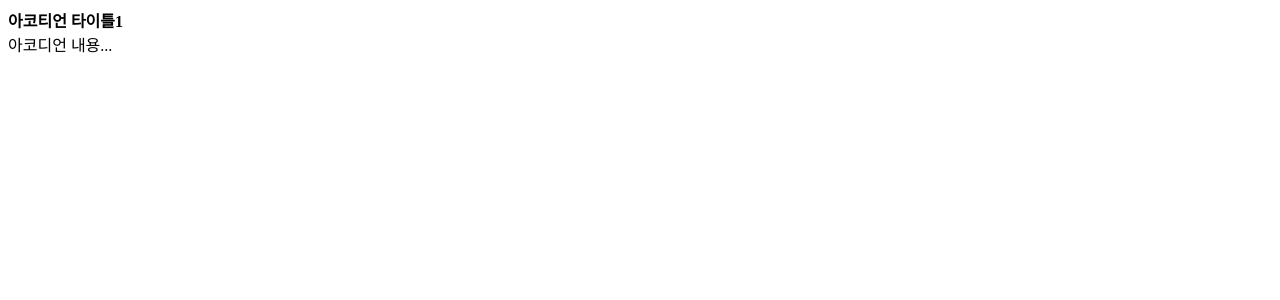
Repository: greeda/UIComponents
Page: src/html/Components/Accordion.html
An editor plug-in stored every save of this project. The page is shown before and after the next save, followed by the edit.
The browser window is 1280 px wide. The pictures show the whole page.

Above is the page before, as saved 2023-10-16 03:42:50.

After the next save:
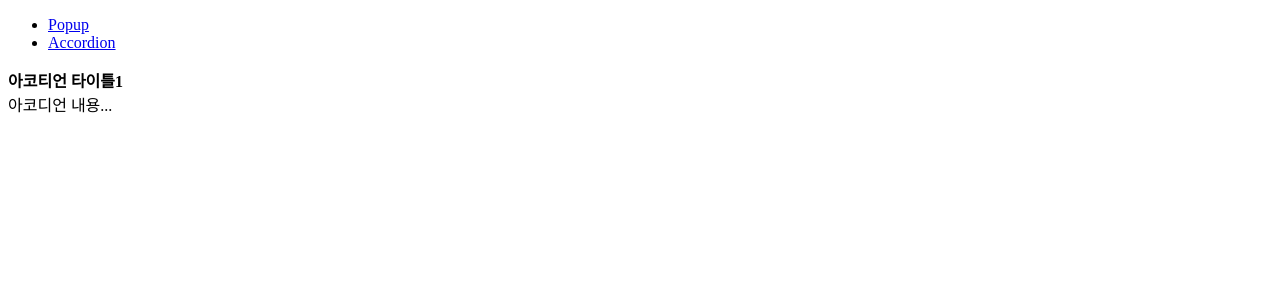
Saved 8 s later.
--- a/src/html/Components/Accordion.html
+++ b/src/html/Components/Accordion.html
@@ -1,20 +1,39 @@
 <!DOCTYPE html>
-<html lang="en">
+<html lang="ko">
 <head>
   <meta charset="UTF-8">
   <meta name="viewport" content="width=device-width, initial-scale=1.0">
-  <title>Prototype | Accordion</title>
+  <title>Document</title>
 </head>
 <body>
-  <div class="ui-components">
-    <div class="ui-accordion">
-      <div class="accordion-header-info">
-        <strong class="title">아코티언 타이틀1</strong>
-        <i class="ico-arr" aria-hidden="true"></i>
-      </div>
-      <div class="accordion-contents-info">
-        <div class="accordion-contents-inner">
-          아코디언 내용...
+  <div id="wrap">
+    <div id="container">
+      <header id="header">
+
+      </header>
+      <nav class="nav">
+        <ul class="nav-list">
+          <li>
+            <a href="#">Popup</a>
+          </li>
+          <li>
+            <a href="#">Accordion</a>
+          </li>
+        </ul>
+      </nav>
+      <div class="contents">
+        <div class="contents-inner">
+          <div class="ui-accordion">
+            <div class="accordion-header-info">
+              <strong class="title">아코티언 타이틀1</strong>
+              <i class="ico-arr" aria-hidden="true"></i>
+            </div>
+            <div class="accordion-contents-info">
+              <div class="accordion-contents-inner">
+                아코디언 내용...
+              </div>
+            </div>
+          </div>
         </div>
       </div>
     </div>
